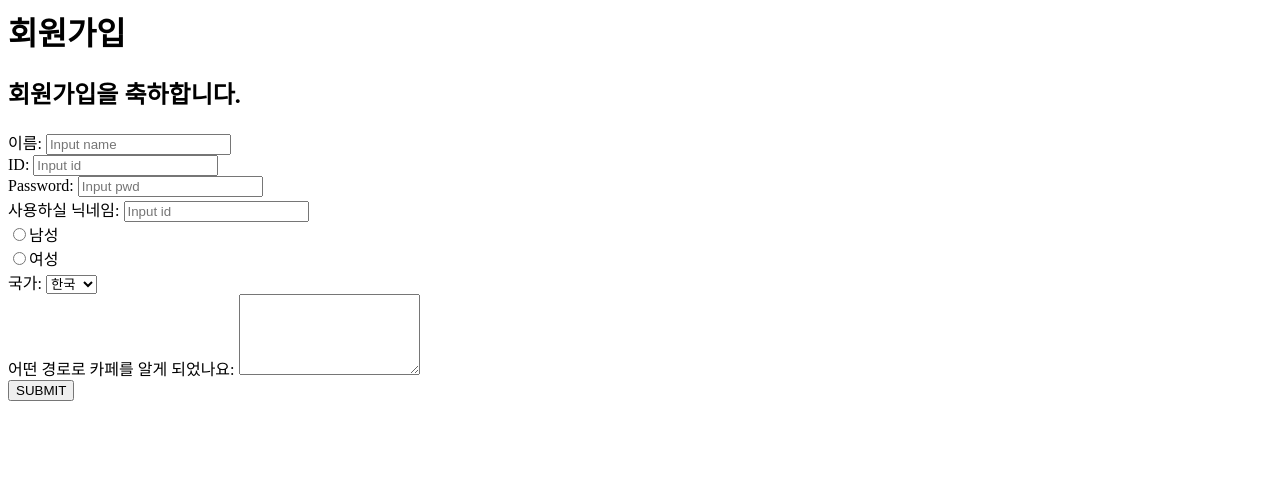
Repository: sangeun100/html
Page: http://localhost/login/register
An editor plug-in stored every save of this project. The page is shown before and after the next save, followed by the edit.
The browser window is 1280 px wide. The pictures show the whole page.
The page is this project's Thymeleaf template; nobody is signed in. The template is opened directly, without the code that normally fills it, so the values that code supplies are empty.

Above is the page before, as saved 2022-05-24 00:02:31.
Console error: ReferenceError: $ is not defined

### day061/src/main/resources/templates/login/register.html
<meta charset="UTF-8">


<script>
/* function checkid(id) {
	$.ajax({
		url:'checkid',
		data:{'id':id},
		success:function(data){
		if(data == '1') {
			$('#iid').text('사용가능 합니다.');
		}else {
			$('#iid').text('사용 불가능 합니다.');
		}
	  }
	});
}; */
$(document).ready(function () {
	$('input[name="name"]').keyup(function () { // 이름은 3자리 이상이어야 함
		var id = $(this).val();
		if (id.length < 3) {
			$('#sname').text('3자리 이상이어야 합니다.');
		  }else { //3자리 이상이면 서버에 전송
			  $('#sname').text('');
		  }
	$('input[name="id"]').keyup(function () {
		var id = $(this).val();
		if (id.length < 3) {
			$('#iid').text('3자리 이상이어야 합니다.');
			 }else {
				 $('#iid').text('');
				//checkid(id); //ajax에서 aaaa~ cccc 는 사용 불가 아이디
		}

	$('button').attr('disabled','disabled'); // 다 입력안하면 클릭불가
	$('button').click(function () {

		$('#register_form1').attr({ //등록페이지 받아오기, 제출
			'action':'register_form1impl',
			'method':'post'
		});
		$('#register_form1').submit();
		});
	$('button').removeAttr('disabled'); // 다 입력하면 클릭 가능
	});
  });
});
</script>
<h1>회원가입</h1>

<div>
<h2>회원가입을 축하합니다.</h2>
<form id="register_form1">
<!-- 이름칸 -->
<div class="form-group">
	  <label for="name">이름:</label>
	  <input type="text" name="name" class="form-control" id="name" placeholder="Input name">
      <span id="sname"></span>
	</div>
<!-- 아이디칸 -->
<div class="form-group">
	  <label for="id">ID:</label>
	  <input type="text" name="id" class="form-control" id="id" placeholder="Input id">
      <span id="iid"></span>
	</div>
<!-- 비밀번호 칸  -->
	<div class="form-group">
	  <label for="pwd">Password:</label>
	  <input type="password" name="pwd" class="form-control" id="pwd" placeholder="Input pwd">
	  <span id="pwd" class="help-block"></span>
	</div>
<!-- 닉네임칸 -->
<div class="form-group">
	  <label for="id">사용하실 닉네임:</label>
	  <input type="text" name="id" class="form-control" id="id" placeholder="Input id">
      <span id="iid"></span>
	</div>
<!-- 성별-->
	<div class="radio">
	  <label><input type="radio" name="optradio2" value="op2">남성</label>
	<span id="optradio2"></span></div>
	<div class="radio">
	  <label><input type="radio" name="optradio3" value="op3">여성</label>
	<span id="optradio3"></span></div>
<!-- 국가 -->
<div class="form-group">
	  <label for="sel">국가:</label>
	  <select class="form-control" id="sel" name="sel">
	    <option value="1">한국</option>
	    <option value="2">미국</option>
	    <option value="3">일본</option>
	    <option value="3">중국</option>
	    <option value="4">그 외</option>
	  </select>
	<span id="sel" class="help-block"></span>
	</div>
<!-- 코멘트 -->
<div class="form-group">
  <label for="comment">어떤 경로로 카페를 알게 되었나요:</label>
  <textarea class="form-control" rows="5" id="comment" name="comment"></textarea>
 <span id="comment" class="help-block"></span>
 </div>
<button id="register_bt" type="button">SUBMIT</button>
</form>
</div>

After the next save:
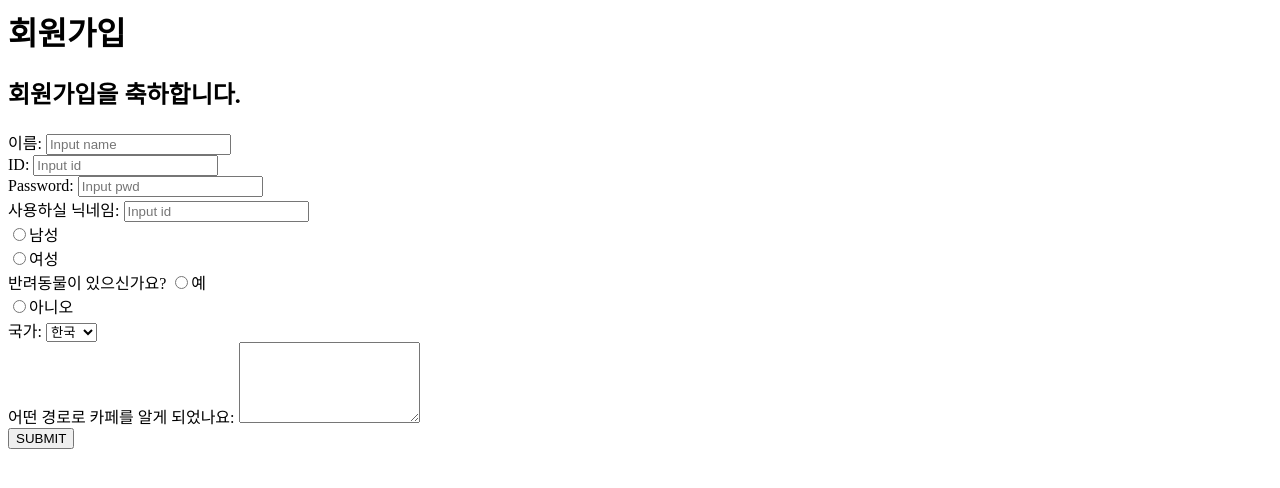
Saved 2 min 4 s later.
--- a/day061/src/main/resources/templates/login/register.html
+++ b/day061/src/main/resources/templates/login/register.html
@@ -82,6 +82,13 @@ $(document).ready(function () {
 	<div class="radio">
 	  <label><input type="radio" name="optradio3" value="op3">여성</label>
 	<span id="optradio3"></span></div>
+<!-- 반려동물 여부-->
+	<div class="radio">반려동물이 있으신가요?
+	  <label><input type="radio" name="optradio2" value="op2">예</label>
+	<span id="optradio2"></span></div>
+	<div class="radio">
+	  <label><input type="radio" name="optradio3" value="op3">아니오</label>
+	<span id="optradio3"></span></div>
 <!-- 국가 -->
 <div class="form-group">
 	  <label for="sel">국가:</label>
